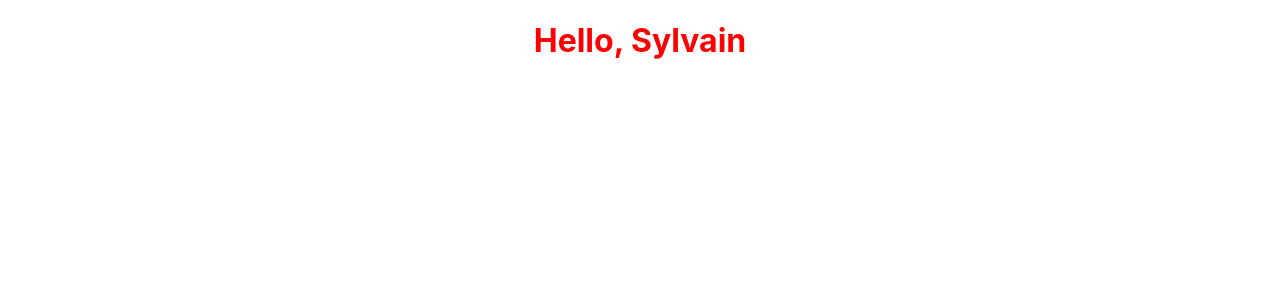
Repository: sylvainJacot/JS_Studio_2019
Page: /
An editor plug-in stored every save of this project. The page is shown before and after the next save, followed by the edit.
The browser window is 1280 px wide. The pictures show the whole page.
The project was rebuilt for these pictures with package versions that can differ from the ones it lists, and the page was loaded fresh each time.

Above is the page before, as saved 2019-05-31 17:22:13.

After the next save:
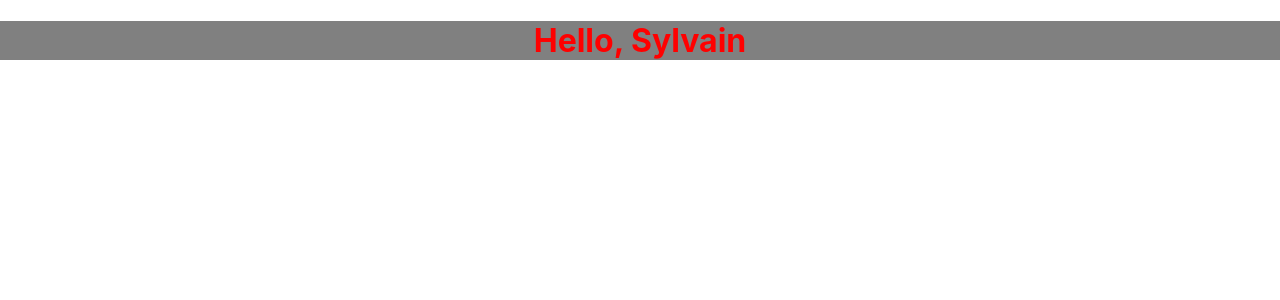
Saved 5 s later.
--- a/src/App.js
+++ b/src/App.js
@@ -5,7 +5,7 @@
 import styled from 'styled-components';
 
 const Body = styled.div`
-background-color: light-grey;
+background-color: grey;
 width
 `;
 
